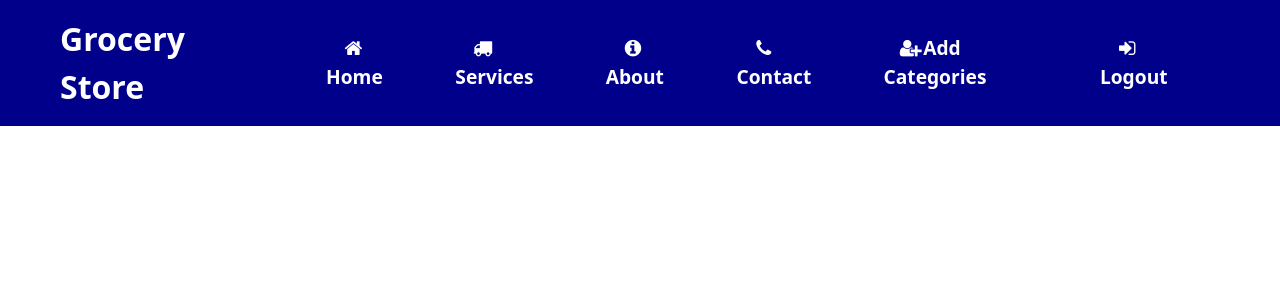
Repository: NagaMounikaY/GroceriesSubscriptionBookingManagement
Page: http://localhost/GroceriesSubBookingSystem/sellerHeader.jsp
An editor plug-in stored every save of this project. The page is shown before and after the next save, followed by the edit.
The browser window is 1280 px wide. The pictures show the whole page.
Some web libraries are served in a nearby version. The page is served by Tomcat 9.

Above is the page before, as saved 2024-09-12 04:24:45.

After the next save:
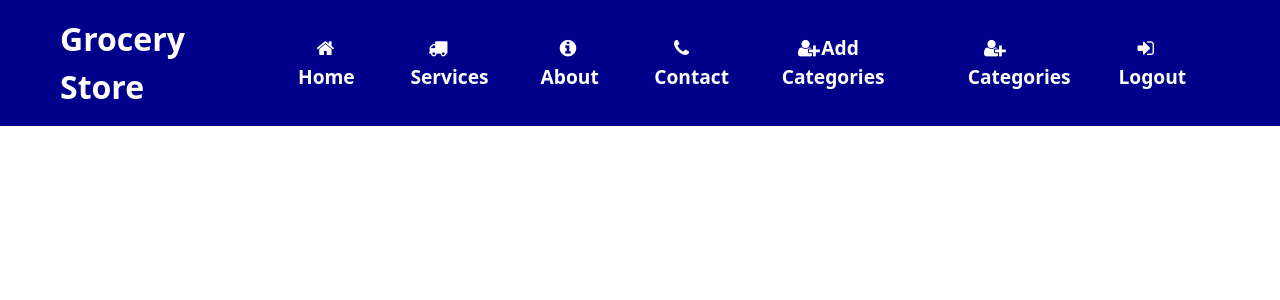
Saved 64 s later.
--- a/GroceriesSubBookingSystem/src/main/webapp/sellerHeader.jsp
+++ b/GroceriesSubBookingSystem/src/main/webapp/sellerHeader.jsp
@@ -69,6 +69,7 @@ header nav ul li a:hover {
                     <li><a href=""><i class="fa fa-fw fa-info-circle"></i><strong>About</strong></a></li>
                     <li><a href=""><i class="fa fa-fw fa-phone"></i><strong>Contact</strong></a></li>
                     <li><a href="${pageContext.request.contextPath}/categories/add"><i class="fa fa-fw fa-user-plus"></i><strong>Add Categories</strong></a></li>
+                    <li><a href="${pageContext.request.contextPath}/categories/add"><i class="fa fa-fw fa-user-plus"></i><strong>Categories</strong></a></li>
                     <li><a href="${pageContext.request.contextPath}/home.jsp"><i class="fa fa-fw fa-sign-in"></i><strong>Logout</strong></a></li>
                 </ul>
             </nav>
